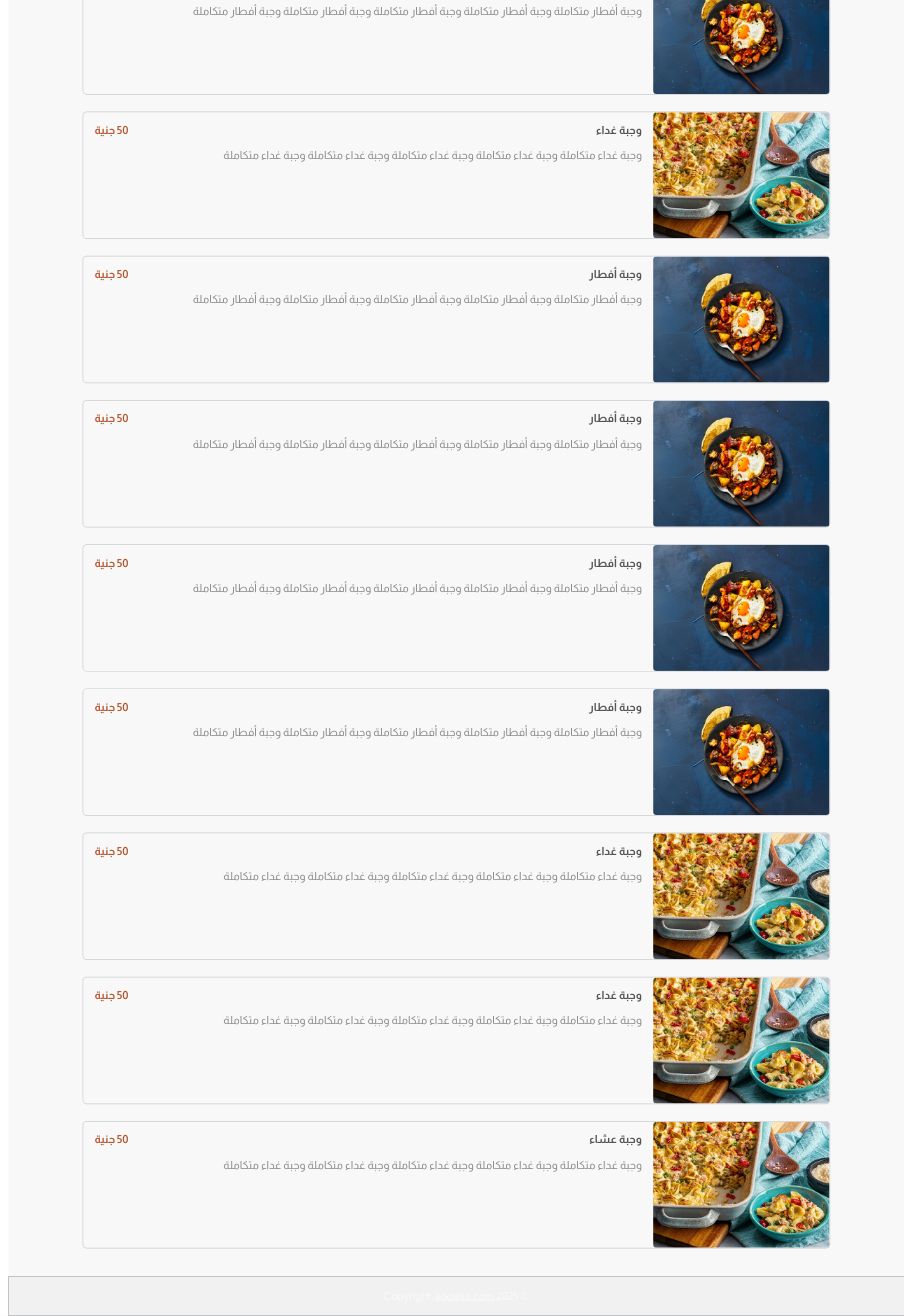
Repository: kerlos-alfy/Restaurant-Menu
Page: /
An editor plug-in stored every save of this project. The page is shown before and after the next save, followed by the edit.
The browser window is 1280 px wide. The page is 1292 px wide, so the pictures cover 1292 px, including what lies to the right of the window. The pictures show the part of the page from y = 1148 to 3028 px (the page is 3028 px tall), at 70% of full size.
Some web fonts or font styles are not loaded; a fallback is used. The project was rebuilt for these pictures with package versions that can differ from the ones it lists, and the page was loaded fresh each time. Also part of the build but not shown: vite.config.js, src/App.css.

Above is the page before, as saved 2024-12-27 02:19:56.

After the next save:
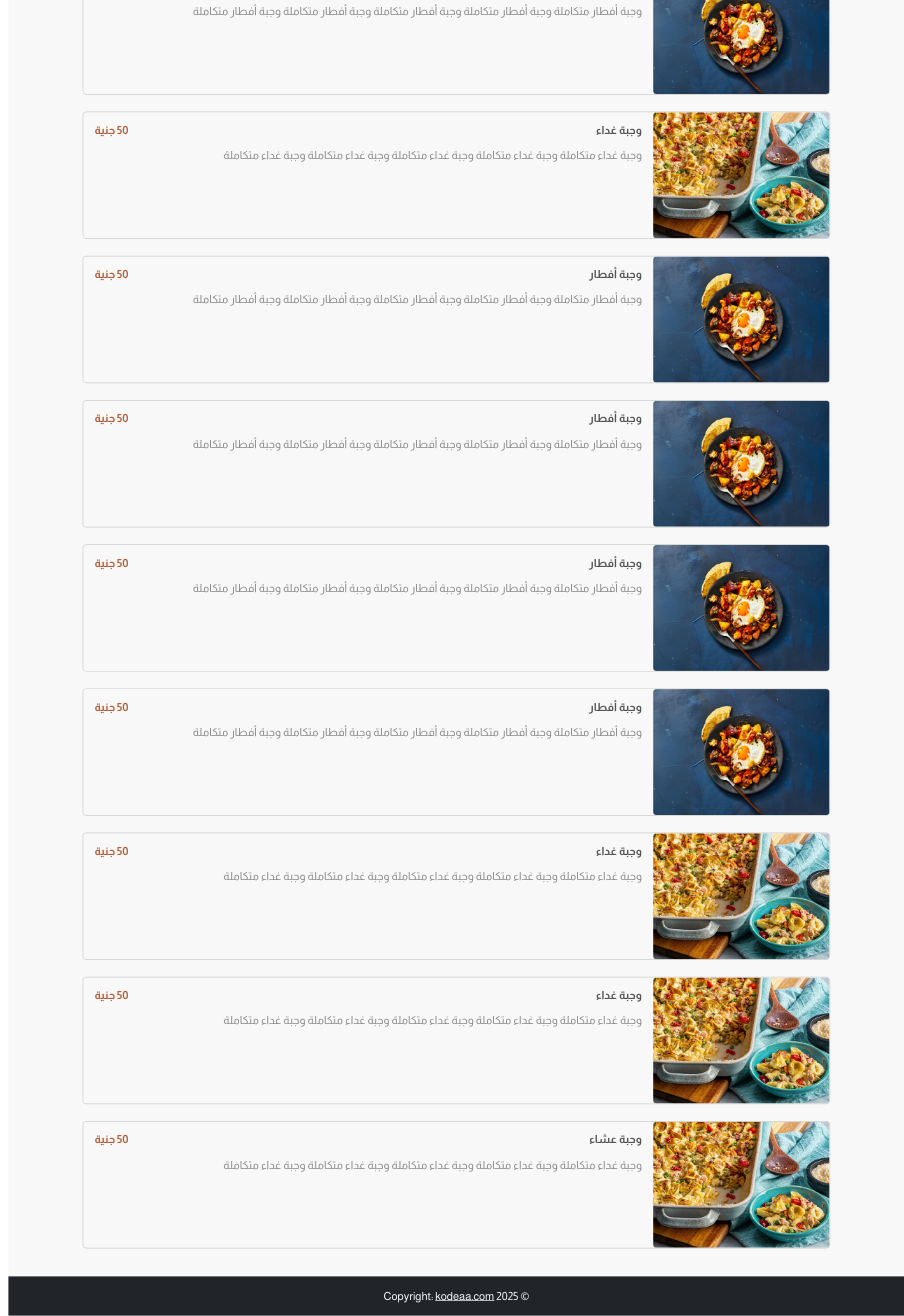
Saved 83 s later.
--- a/src/components/Footer.jsx
+++ b/src/components/Footer.jsx
@@ -2,7 +2,7 @@ import { MDBFooter } from "mdb-react-ui-kit";
 const Footer = () => {
 	return (
 		<MDBFooter className="text-center text-lg-left bg-dark">
-			<div className="text-center p-3 text-light" style={{ backgroundColor: "rgba(248, 248, 248, 0.97)" }}>
+			<div className="text-center p-3 text-light" style={{ backgroundColor: "rgb(33 37 41)" }}>
 				&copy; 2025 Copyright:{" "}
 				<a className="text-light" href="https://kodeaa.com/">
 					kodeaa.com
